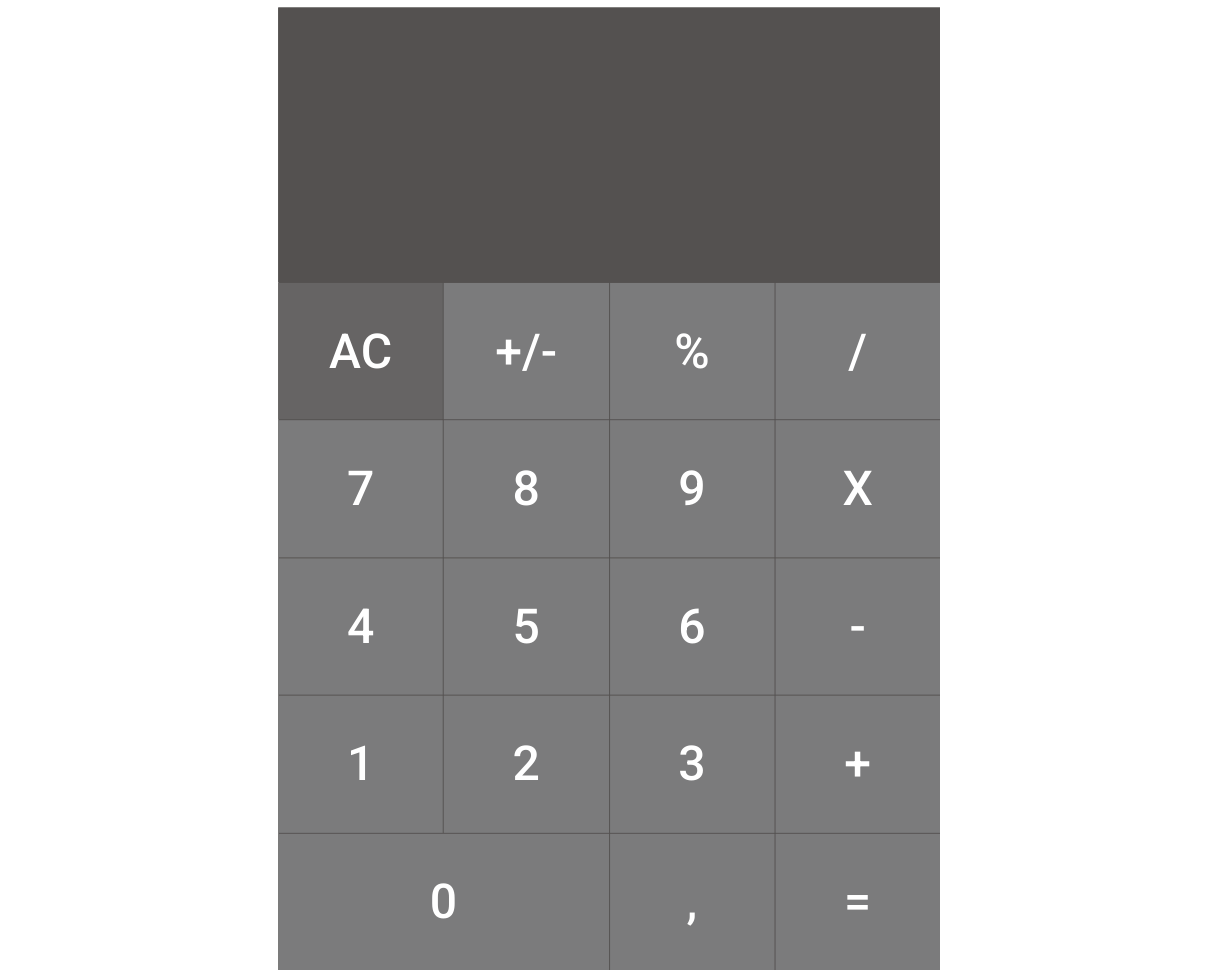
Repository: maciekto/calculatorOOP
Page: index.html
The author's editor kept a copy of each file at every save. The page is drawn from the files as they stood at one save, then again after the next save.
The browser window is 1280 px wide. The page is 1288 px wide, so the pictures cover 1288 px, including what lies to the right of the window. The pictures show the whole page, at 94% of full size.

Above is the page before, as saved 2022-06-19 19:00:08.

### index.html
<!DOCTYPE html>
<html lang="en">
<head>
    <meta charset="UTF-8">
    <meta http-equiv="X-UA-Compatible" content="IE=edge">
    <meta name="viewport" content="width=device-width, initial-scale=1.0">
    <title>Document</title>
    <link rel="stylesheet" href="css.css">


</head>
<body>
    <main>
        <div class="Calc">
            <div class="Calc__result"></div>

            <div class="Calc__reset">
                AC
            </div>
            <div class="Calc__opposite">
                +/-
            </div>
            <div class="Calc__percentages">
                %
            </div>
            <div class="Calc__divide">
                /
            </div>

            <div class="Calc__7">7</div>
            <div class="Calc__8">8</div>
            <div class="Calc__9">9</div>
            <div class="Calc__multiply">
                X
            </div>

            <div class="Calc__4">4</div>
            <div class="Calc__5">5</div>
            <div class="Calc__6">6</div>
            <div class="Calc__substraction">
                -
            </div>

            <div class="Calc__1">1</div>
            <div class="Calc__2">2</div>
            <div class="Calc__3">3</div>
            <div class="Calc__addition">
                +
            </div>

            <div class="Calc__0">0</div>
            <div class="Calc__comma">,</div>
            <div class="Calc__isequal">
                =
            </div>

        </div>
    </main>

    <script src="js.js"></script>
</body>
</html>

### css.css
@import url('https://fonts.googleapis.com/css2?family=Roboto:wght@400;500;700&display=swap');

* {
    font-family: 'Roboto', sans-serif;
    font-weight: 500;
    box-sizing: border-box;
}

main {
    width: 100vw;
    height: 100vh;
    display: grid;
    place-items: center;
}

.Calc {
    max-width: 60vw;
    width: 55vw;
    height: 80vw;
    background: #545150;
    color: white;
    display: grid;
    grid-template-columns: repeat(4, 1fr);
    grid-template-rows: repeat(7, 1fr);
    grid-template-areas:
    "result result result result"
    "result result result result"
    "reset opposite percentages divide"
    "seven eight nine multiply"
    "four five six substraction"
    "one two three addition"
    "zero zero comma isequal"
    ;
    grid-gap: 1px;
    font-size: 4vw;
}
.Calc div {
    display: grid;
    place-items: center;
    background: #7b7b7c;
}
.Calc__result {
    grid-area: result;
    background: #545150 !important;
}
.Calc__reset {
    background: #666464 !important;

}


.Calc__0 {
    grid-area: zero;
}

### js.js
console.log('siemano')

After the next save:
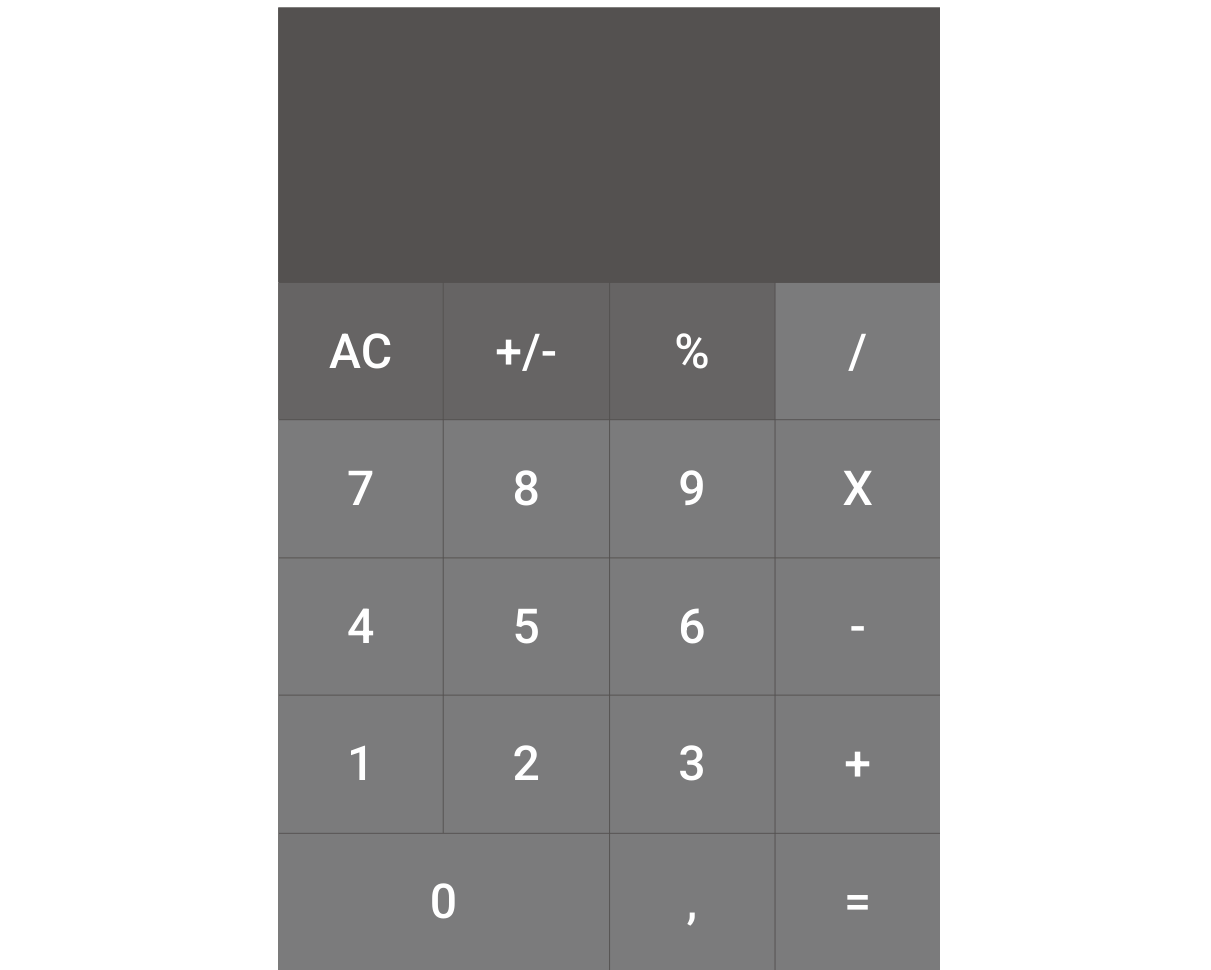
Saved 26 s later.
--- a/css.css
+++ b/css.css
@@ -45,7 +45,12 @@ main {
 }
 .Calc__reset {
     background: #666464 !important;
-
+}
+.Calc__opposite {
+    background: #666464 !important;
+}
+.Calc__percentages {
+    background: #666464 !important;
 }
 
 
